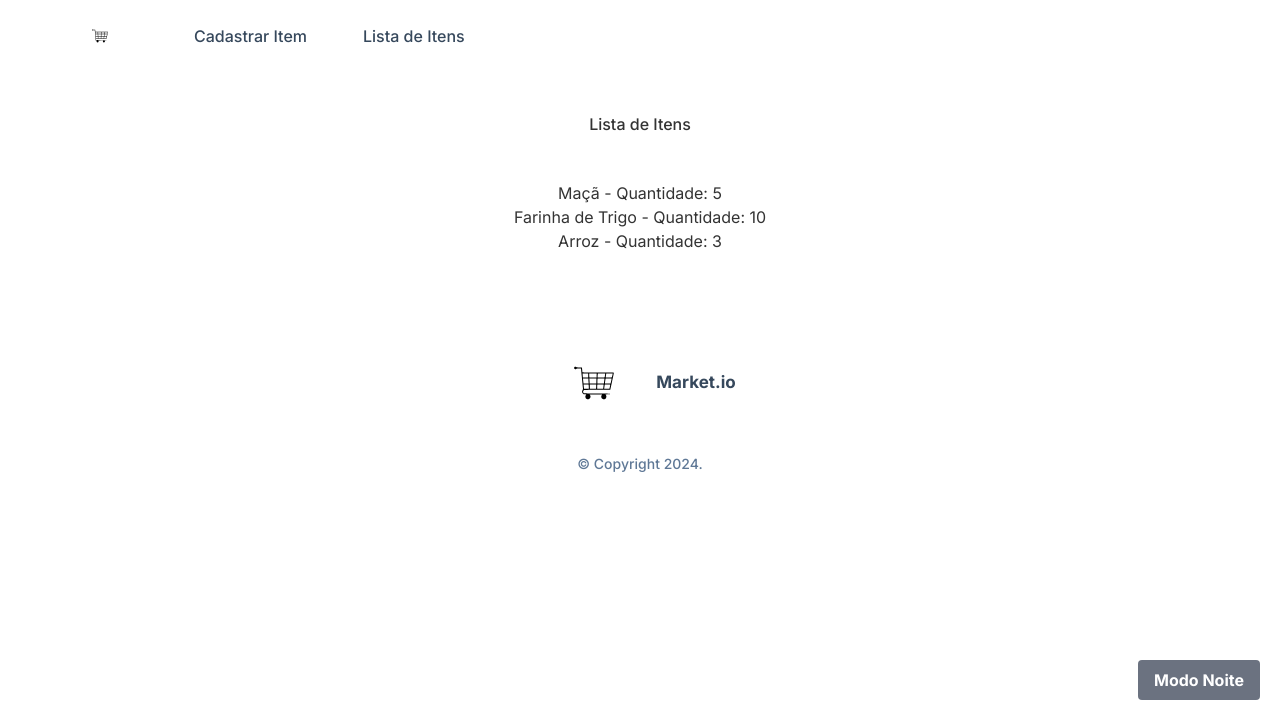
Repository: saraalves09/Avaliacao-01
Page: /list/
These files come from the project's save history. The page is drawn as it stood at one moment and after a run of saves; the edit follows.
The browser window is 1280 px wide. The pictures show the whole page.
The project was rebuilt for these pictures with package versions that can differ from the ones it lists, and the page was loaded fresh each time. The framework's server and built-in components were replaced by stand-ins that run in the browser. Also part of the build but not shown: next.config.mjs.

Above is the page before, as saved 2024-04-23 22:06:29.

### app/layout.tsx
import type { Metadata } from "next";
import { Inter } from "next/font/google";
import "./globals.css";

const inter = Inter({ subsets: ["latin"] });

export const metadata: Metadata = {
  title: "market.io",
  description: "Generated by create next app",
};

export default function RootLayout({
  children,
}: Readonly<{
  children: React.ReactNode;
}>) {
  return (
    <html lang="en">
      <body className={inter.className}>{children}</body>
    </html>
  );
}

### app/list/page.tsx
import { Footer } from "../components/Footer";
import { Navbar } from "../components/Navbar";
import { List } from "../components/List"

export default function Home() {
  return (
    <>
      <Navbar />
      <List/>
      <Footer />
    </>
  );
}

### app/globals.css
@tailwind base;
@tailwind components;
@tailwind utilities;

.titulo-dia {
    color: #333;
}

.lista-dia {
    background-color: #fff;
    color: #333;
}
.titulo-noite {
    color: #fff;
  }

.lista-noite {
    background-color: #333;
    color: #fff
}

### app/components/Footer.tsx
import Image from "next/image";
import Logo from "../../public/assets/Logo.svg";

export function Footer() {
  return (
    <div className="pt-[80px] pb-[40px]">
      <div className="flex items-center justify-center gap-x-[12px]">
      <Image src={Logo} alt="Logo" style={{ width: '100px', height: 'auto' }} />
        <p className="font-bold text-[#36485C] text-[17px]">Market.io</p>
      </div>

      <p className="pt-[56px] text-center text-[14px] font-medium text-[#5F7896] sm:pt-5">
        © Copyright 2024.
      </p>
    </div>
  );
}

### app/components/Navbar.tsx
import Image from "next/image";
import Logo from "../../public/assets/Logo.svg";
import Menu from "../../public/assets/Menu.svg";
import Link from 'next/link';

const navLinks = [
  { name: "Cadastrar Item", path: '/app/page.tsx' },
  { name: "Lista de Itens", path: '/list/'},
];

export function Navbar() {
  return (
    <nav className="flex w-full items-center justify-between px-[20px] py-[16px] lg:container lg:mx-auto lg:px-20">
      <div className="flex items-center">
      <Image src={Logo} alt="Logo" className="w-10 h-auto" />
        <div className="hidden lg:flex pl-[74px] gap-x-[56px]">
        {navLinks.map((link, index) => (
          <Link href={link.path} key={index}>
            <p className="text-[#36485C] font-medium">{link.name}</p>
          </Link>
        ))}
        </div>
      </div>
      <div className="flex gap-x-5">
        <Image src={Menu} alt="Menu Button" className="lg:hidden" />
      </div>
    </nav>
  );
}

### app/components/List.tsx
import React, { useState } from 'react';

export const List: React.FC = () => {
  // Estado para controlar o modo de tema (modo de dia ou modo de noite)
  const [modoNoite, setModoNoite] = useState<boolean>(false);

  // Função para alternar entre o modo de dia e o modo de noite
  const alternarModoNoite = () => {
    setModoNoite(!modoNoite);
  };

  // Estilos condicionais com base no modo de tema
  const listaEstilos = modoNoite ? 'lista-noite' : 'lista-dia';
  const tituloEstilos = modoNoite ? 'titulo-noite' : 'titulo-dia';

  return (
    <div className={`pt-4 lg:pt-10 ${modoNoite ? 'bg-gray-900 text-white' : 'bg-white text-black'}`}>
      <div className="px-20 lg:px-50">
        <h1 className={`text-center text-32 leading-40 font-medium lg:text-64 lg:leading-72 ${tituloEstilos}`}>
          Lista de Itens
        </h1>
      </div>
      <div className={`flex justify-center text-center text-25 ${listaEstilos}`}>
        <ul style={{ marginTop: '45px' }}>
          <li>Maçã - Quantidade: 5</li>
          <li>Farinha de Trigo - Quantidade: 10</li>
          <li>Arroz - Quantidade: 3</li>
        </ul>
      </div>
      <div className="relative flex h-full w-full justify-center">
        <div className="px-20 lg:container lg:px-20 mx-auto"></div>
      </div>
      {/* Botão para alternar entre os modos de tema */}
      <button onClick={alternarModoNoite} className="fixed bottom-5 right-5 bg-gray-500 hover:bg-gray-700 text-white font-bold py-2 px-4 rounded">
        {modoNoite ? 'Modo Dia' : 'Modo Noite'}
      </button>
    </div>
  );
};

Loaded but not shown: tailwind.config.ts (common file)

After the next 3 saves:
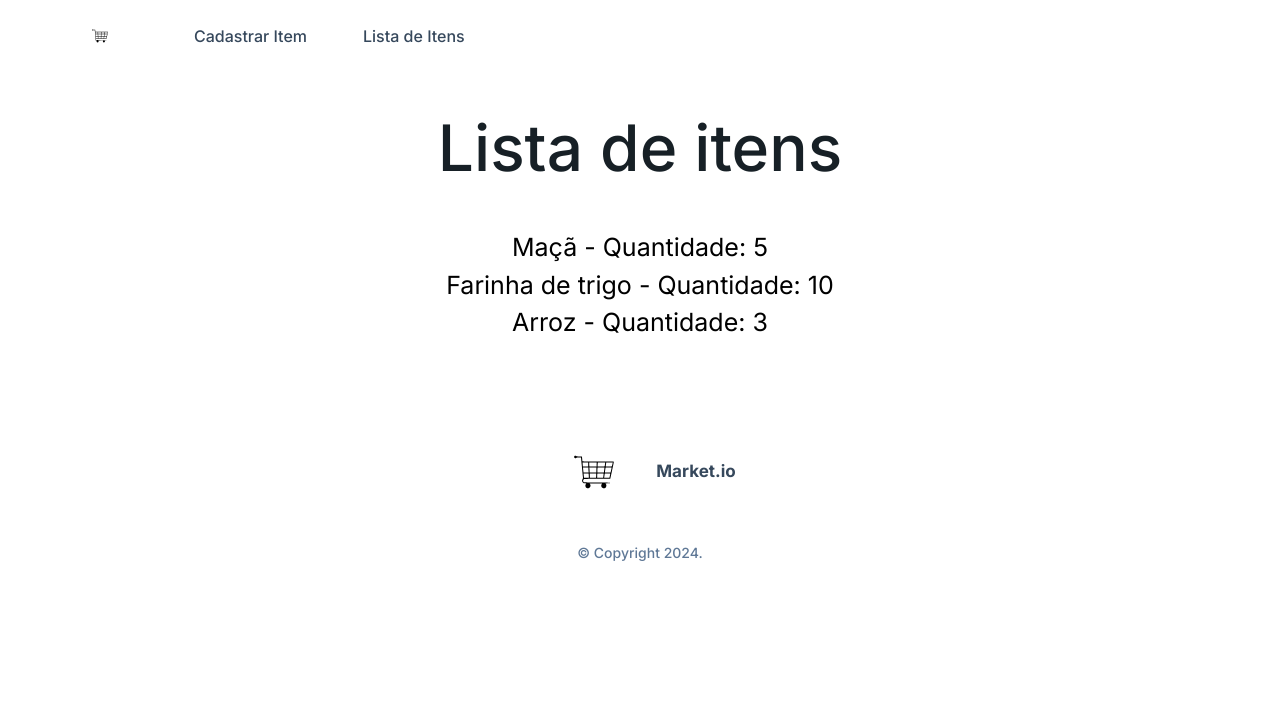
The 3 saves are shown as one change because 2 did not build or start.
The last was saved 91 s later.
--- a/app/components/List.tsx
+++ b/app/components/List.tsx
@@ -1,39 +1,21 @@
-import React, { useState } from 'react';
-
-export const List: React.FC = () => {
-  // Estado para controlar o modo de tema (modo de dia ou modo de noite)
-  const [modoNoite, setModoNoite] = useState<boolean>(false);
-
-  // Função para alternar entre o modo de dia e o modo de noite
-  const alternarModoNoite = () => {
-    setModoNoite(!modoNoite);
-  };
-
-  // Estilos condicionais com base no modo de tema
-  const listaEstilos = modoNoite ? 'lista-noite' : 'lista-dia';
-  const tituloEstilos = modoNoite ? 'titulo-noite' : 'titulo-dia';
-
+export function List() {
   return (
-    <div className={`pt-4 lg:pt-10 ${modoNoite ? 'bg-gray-900 text-white' : 'bg-white text-black'}`}>
-      <div className="px-20 lg:px-50">
-        <h1 className={`text-center text-32 leading-40 font-medium lg:text-64 lg:leading-72 ${tituloEstilos}`}>
-          Lista de Itens
+    <div className="pt-4 lg:pt-10">
+      <div className="px-[20px] lg:px-[50px]">
+        <h1 className="text-center text-[32px] leading-[40px] font-medium text-[#172026] lg:text-[64px] lg:leading-[72px]">
+          Lista de itens
         </h1>
       </div>
-      <div className={`flex justify-center text-center text-25 ${listaEstilos}`}>
-        <ul style={{ marginTop: '45px' }}>
+      <div className="flex justify-center text-center text-[25px]">
+      <ul style={{ marginTop: '45px' }}>
           <li>Maçã - Quantidade: 5</li>
-          <li>Farinha de Trigo - Quantidade: 10</li>
+          <li>Farinha de trigo - Quantidade: 10</li>
           <li>Arroz - Quantidade: 3</li>
         </ul>
       </div>
       <div className="relative flex h-full w-full justify-center">
-        <div className="px-20 lg:container lg:px-20 mx-auto"></div>
+        <div className="px-[20px] lg:container lg:px-20 mx-auto"></div>
       </div>
-      {/* Botão para alternar entre os modos de tema */}
-      <button onClick={alternarModoNoite} className="fixed bottom-5 right-5 bg-gray-500 hover:bg-gray-700 text-white font-bold py-2 px-4 rounded">
-        {modoNoite ? 'Modo Dia' : 'Modo Noite'}
-      </button>
     </div>
   );
-};
+}
